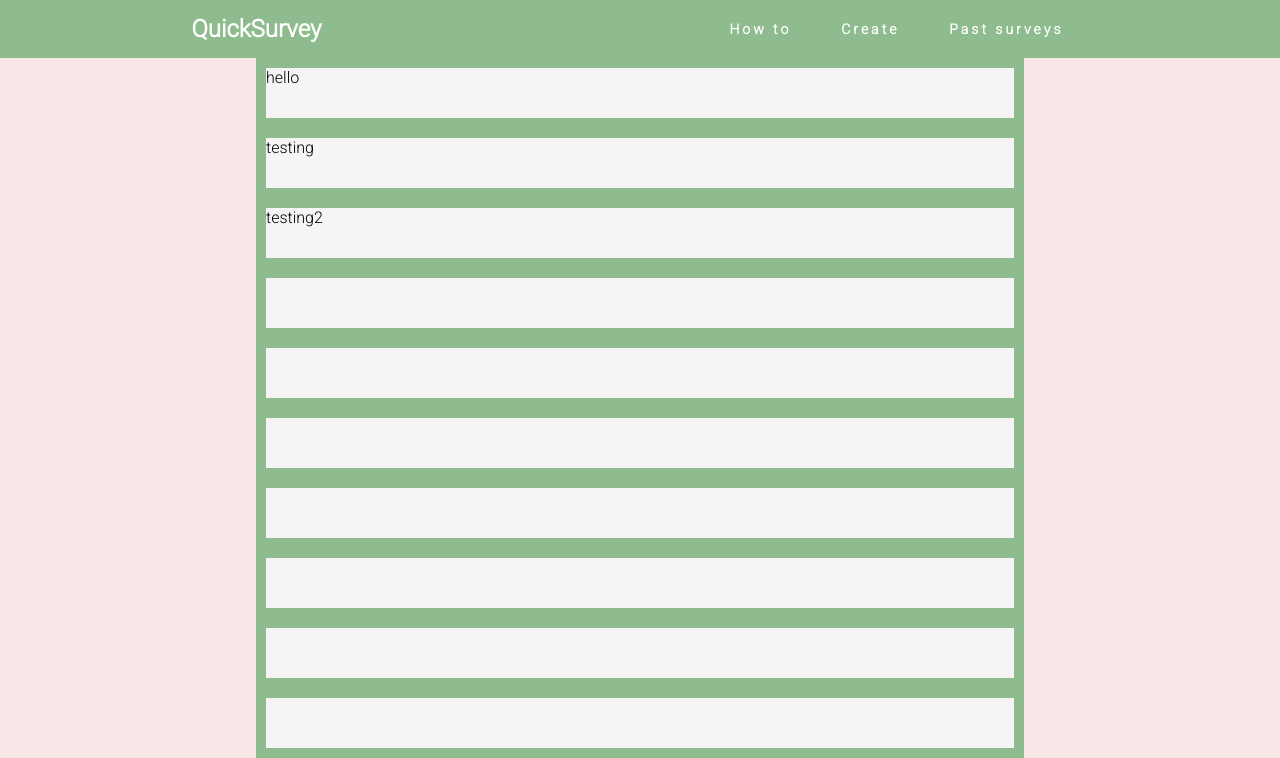
Repository: cakuang1/QuickSurvey
Page: pastsurveys.html
These files come from the project's save history. The page is drawn as it stood at one moment and after a run of saves; the edit follows.
The browser window is 1280 px wide. The pictures show the whole page.
Some web libraries are served in a nearby version.

Above is the page before, as saved 2022-01-06 22:00:16.
Console error: TypeError: Cannot read properties of null (reading 'cloneNode')

After the next 2 saves:
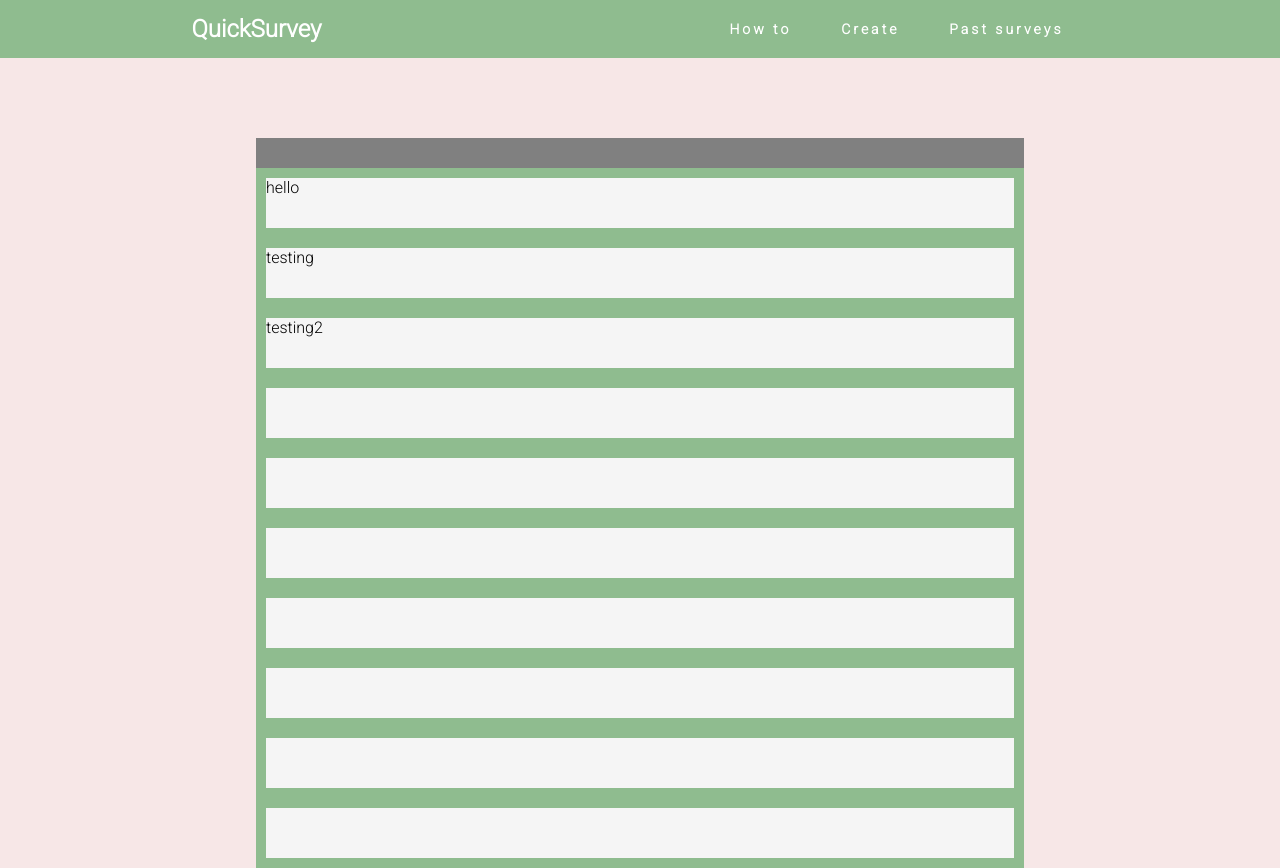
The 2 saves are shown as one change because they came seconds apart.
The last was saved 11 s later.
--- a/pastsurveys.html
+++ b/pastsurveys.html
@@ -24,7 +24,9 @@
         </nav>
 
     </div>
-    <div></div>
+    <div class = "upperdiv">
+
+    </div>
     <div class="wrapper">
         <div class="holders">hello</div>
         <div class="holders">testing</div>
